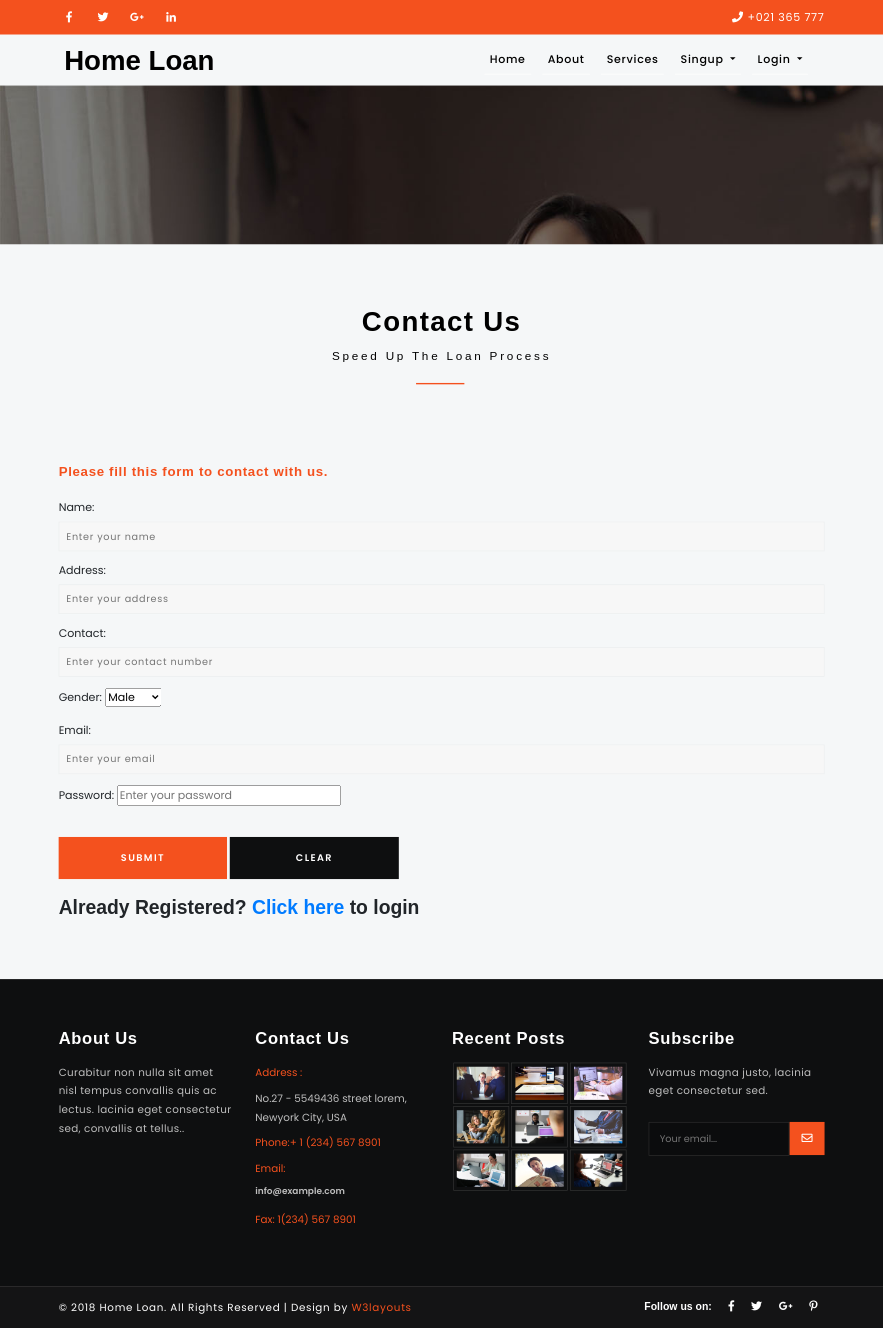
Repository: 72-faisal/Spring-MVC-project
Page: http://localhost/HomeLoan/WEB-INF/views/UserFormForLoanOnline.jsp
An editor plug-in stored every save of this project. The page is shown before and after the next save, followed by the edit.
The browser window is 1280 px wide. The pictures show the whole page, at 69% of full size.
Some web fonts or font styles are not loaded; a fallback is used. The page is served by Tomcat 9. Nobody is signed in. The template is opened directly, without the code that normally fills it, so the values that code supplies are empty.

Above is the page before, as saved 2023-12-28 11:27:33.

After the next save:
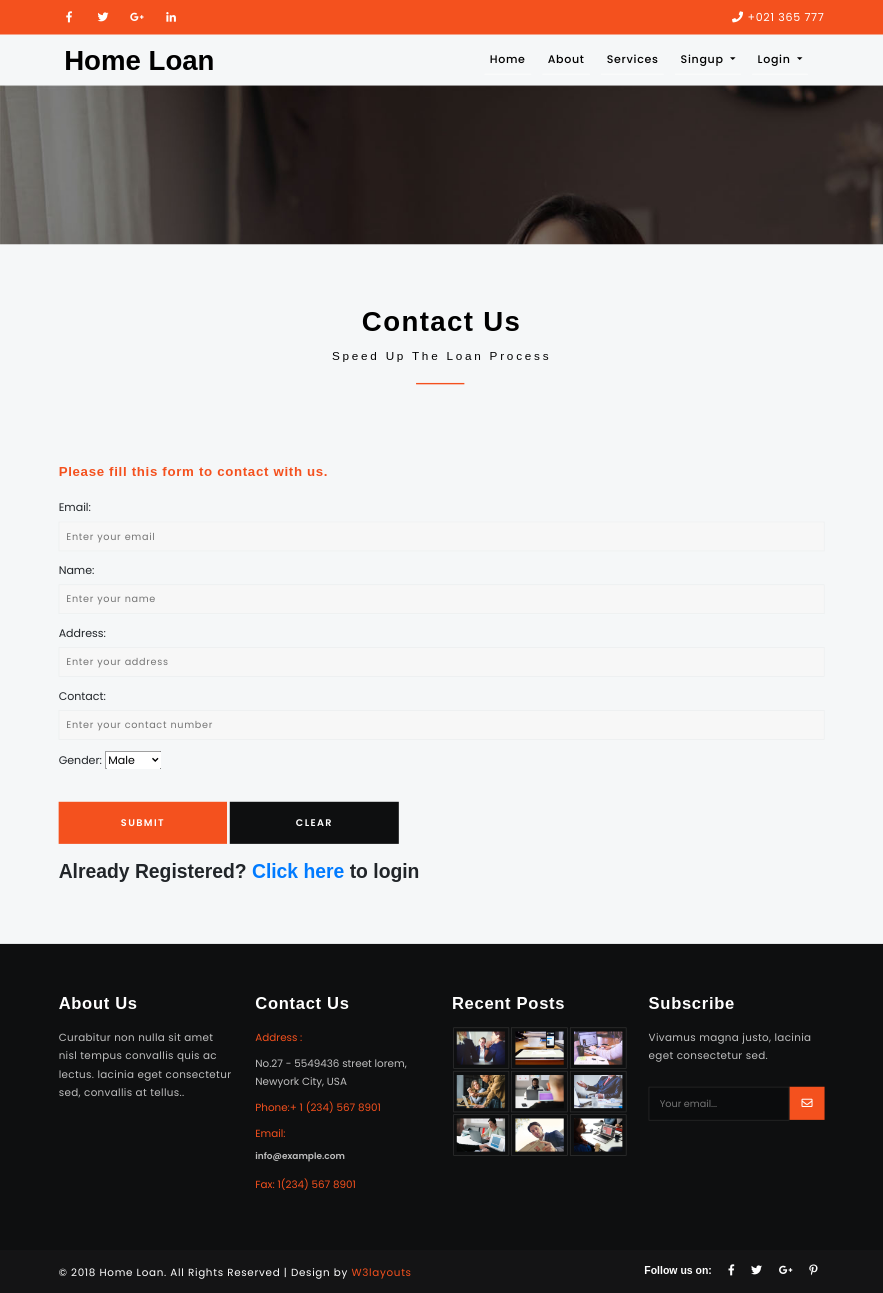
Saved 6 min 29 s later.
--- a/HomeLoan/src/main/webapp/WEB-INF/views/UserFormForLoanOnline.jsp
+++ b/HomeLoan/src/main/webapp/WEB-INF/views/UserFormForLoanOnline.jsp
@@ -109,7 +109,7 @@ SmartPhone Compatible web template, free WebDesigns for Nokia, Samsung, LG, Sony
 								<a class="dropdown-item" href="UserLogin">Login</a>
 								<!-- <a class="dropdown-item" href="gallery">Gallery</a> -->
 							</div></li>
-					<!-- 	<li class="nav-item active"><a class="nav-link"
+						<!-- 	<li class="nav-item active"><a class="nav-link"
 							href="contact">contact</a></li> -->
 					</ul>
 				</div>
@@ -131,8 +131,12 @@ SmartPhone Compatible web template, free WebDesigns for Nokia, Samsung, LG, Sony
 
 				<div class="contact_grid_right mt-5">
 					<h6>Please fill this form to contact with us.</h6>
-					<form action="addUser" method="post">
+					<form action="addUser" method="post" enctype="multipart/form-data">
 						<div class="contact_left_grid">
+							<div class="form-group">
+								<label for="email">Email:</label> <input type="email" id="email"
+									name="email" placeholder="Enter your email" required="">
+							</div>
 							<div class="form-group">
 								<label for="name">Name:</label> <input type="text" id="name"
 									name="name" placeholder="Enter your name" required="">
@@ -157,19 +161,12 @@ SmartPhone Compatible web template, free WebDesigns for Nokia, Samsung, LG, Sony
 									<option value="female">Female</option>
 								</select>
 							</div>
-							<div class="form-group">
-								<label for="email">Email:</label> <input type="email" id="email"
-									name="email" placeholder="Enter your email" required="">
-							</div>
-
-							<div class="form-group">
-								<label for="password">Password:</label> <input type="password"
-									id="password" name="password" placeholder="Enter your password"
-									required="">
-							</div>
-
-							<br> <input type="submit" name="action"  value="Submit"> <input
-								type="reset" value="Clear">
+
+
+
+
+							<br> <input type="submit" name="action" value="Submit">
+							<input type="reset" value="Clear">
 							<div class="clearfix"></div>
 							<br>
 							<h3>
